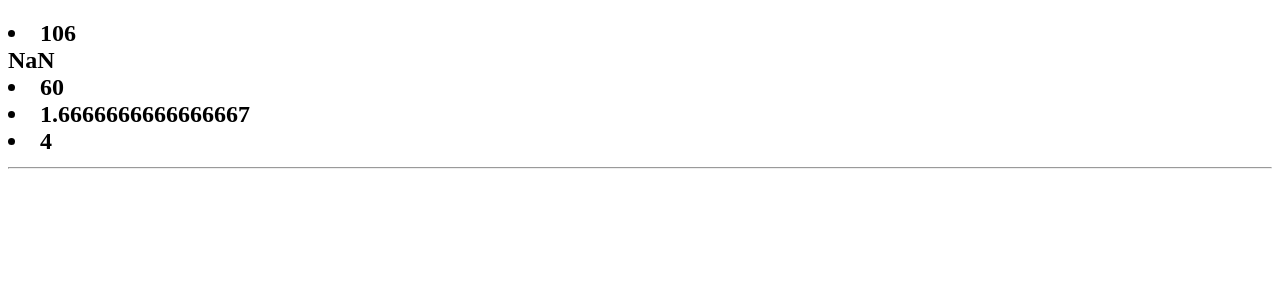
Repository: wjsjsn/23_webstudy
Page: 03_javascript/src/main/webapp/day03/Ex01_number.html
An editor plug-in stored every save of this project. The page is shown before and after the next save, followed by the edit.
The browser window is 1280 px wide. The pictures show the whole page.

Above is the page before, as saved 2023-06-29 01:07:35.

After the next save:
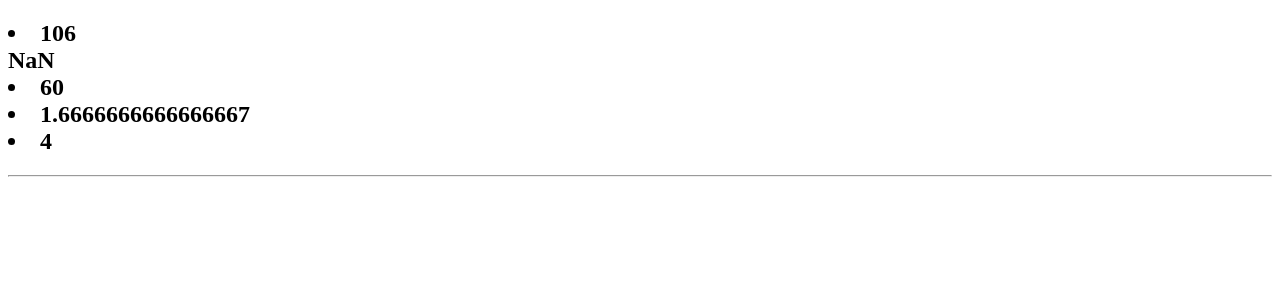
Saved 10 s later.
--- a/03_javascript/src/main/webapp/day03/Ex01_number.html
+++ b/03_javascript/src/main/webapp/day03/Ex01_number.html
@@ -13,8 +13,8 @@
 	document.write("<li>" + s1 * s2 + "</li>")
 	document.write("<li>" + s1 / s2 + "</li>")
 	document.write("<li>" + s1 % s2 + "</li>")
+	document.write("</h2>")
 	document.write("<hr>")
-	document.write("</h2>")
 
 </script>
 </head>
